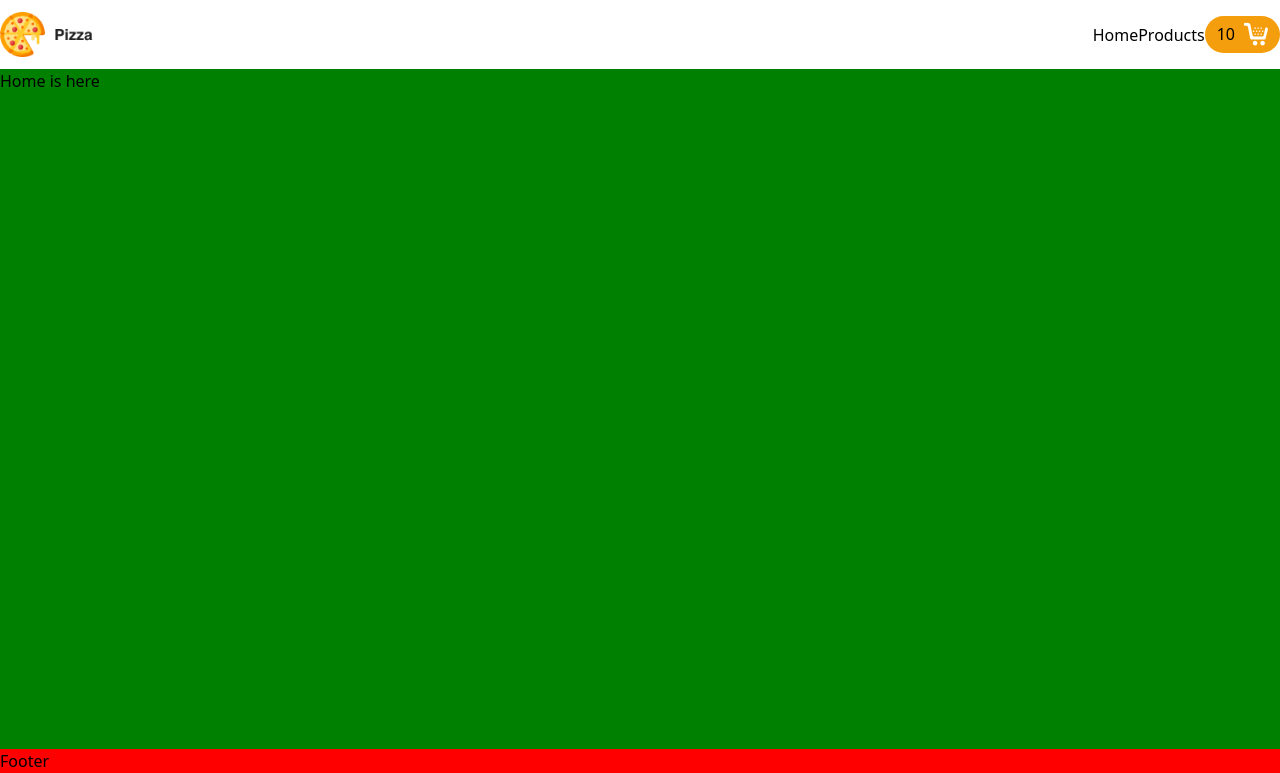
Repository: yuv-raj-25/pizza-youtube
Page: /
An editor plug-in stored every save of this project. The page is shown before and after a run of saves, followed by the edit.
The browser window is 1280 px wide. The pictures show the whole page.
Some web libraries are served in a nearby version. The project was rebuilt for these pictures with package versions that can differ from the ones it lists, and the page was loaded fresh each time. Also part of the build but not shown: src/pages/About.jsx.

Above is the page before, as saved 2023-08-16 19:47:26.

After the next 3 saves:
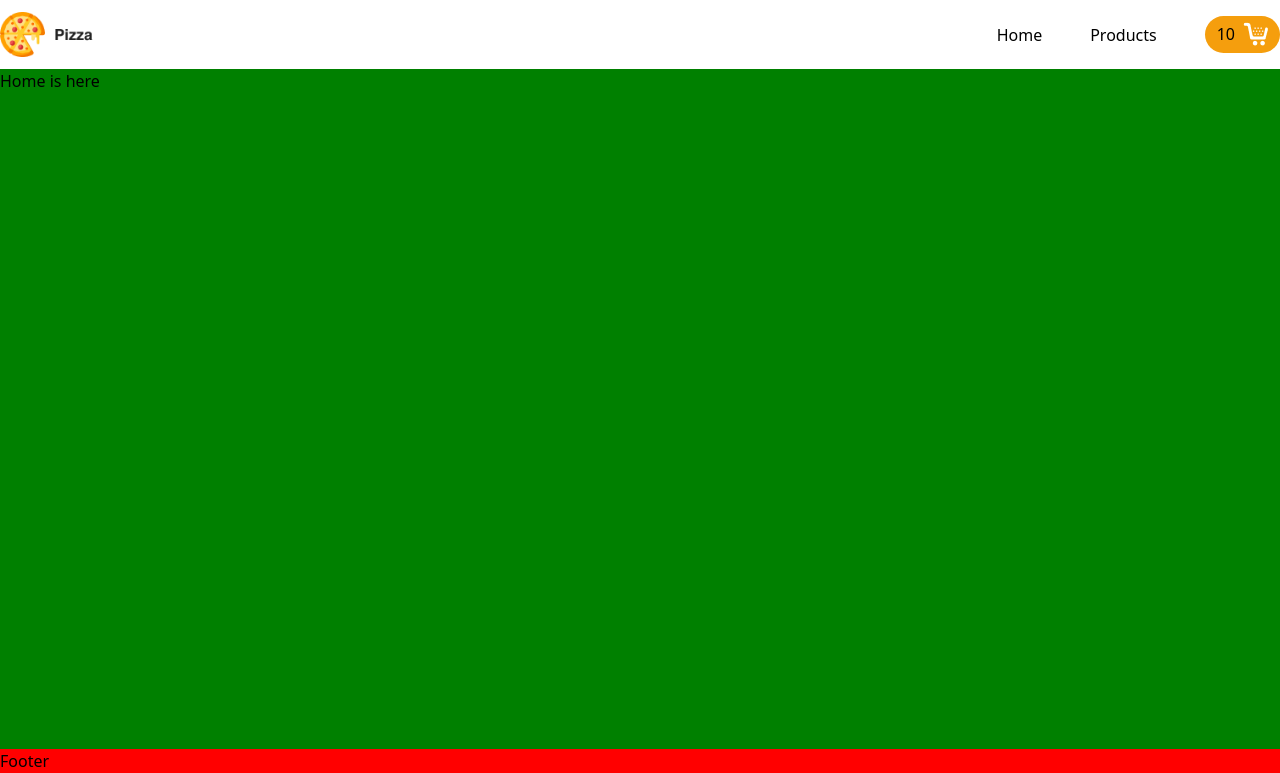
The 3 saves are shown as one change because they came seconds apart.
The last was saved 20 s later.
--- a/src/pages/Navbar.jsx
+++ b/src/pages/Navbar.jsx
@@ -18,10 +18,10 @@ const Navbar = () => {
           </Link>
 
           <ul className="flex items-center">
-            <li className=''><Link to = "/">Home</Link></li>
-            <li className=''><Link to = "/Products">Products</Link></li>
+            <li className='ml-12'><Link to = "/">Home</Link></li>
+            <li className='ml-12'><Link to = "/Products">Products</Link></li>
 
-            <li className=''>
+            <li className='ml-12'>
               <Link to = "/Cart">
               <div style={cartstyle}>
                 <span>10</span>
